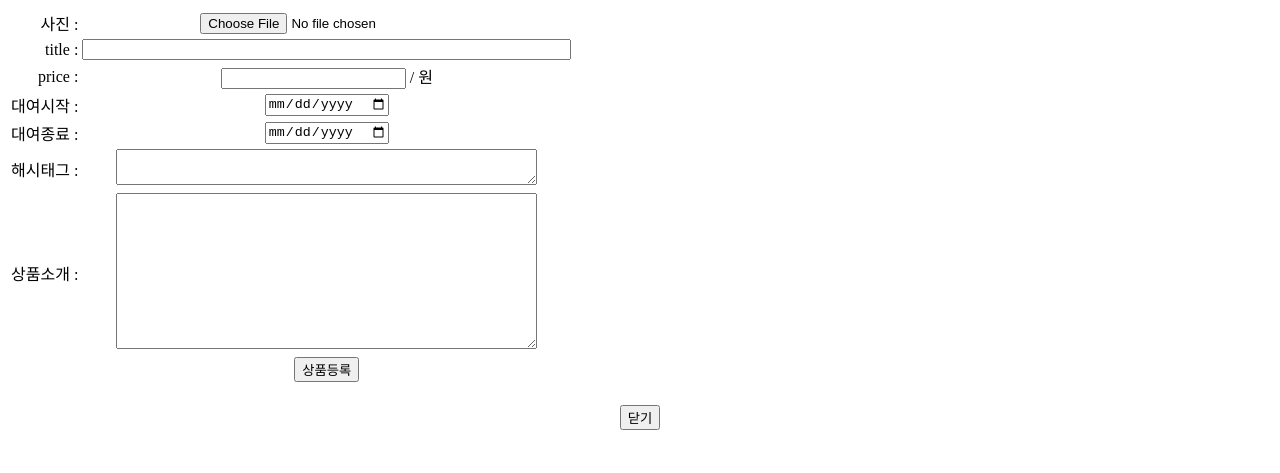
Repository: heebedev/TheJoeun_JSP
Page: http://localhost/TeamProject_05/prdCheck.jsp
These files come from the project's save history. The page is drawn as it stood at one moment and after the next save; the edit follows.
The browser window is 1280 px wide. The pictures show the whole page.
The page is served by Tomcat 9. Other server files are loaded and not shown. The template is opened directly, without the code that normally fills it, so the values that code supplies are empty.

Above is the page before, as saved 2020-06-19 08:18:28.

### TeamProject_05/WebContent/prdCheck.jsp
<%@ page language="java" contentType="text/html; charset=UTF-8"
    pageEncoding="UTF-8"%>
<!DOCTYPE html>
<html>
<head>
<script>
		function clickFunc() {
			window.close();
		}

		/* 미입력 알럿 */
		function check() {
		  if(revProduct.productImage.value == "") {
		    alert("사진을 등록해 주세요.");
		    revProduct.productImage.focus();
		    return false;
		  }
		  else if(revProduct.title.value == "") {
		    alert("상품이름을 입력해 주세요.");
		    revProduct.title.focus();
		    return false;
		  }
		  else if(revProduct.price.value == "") {
			    alert("가격을 입력해 주세요.");
			    revProduct.price.focus();
			    return false;
		  }
		  else if(revProduct.date1.value == "") {
			    alert("대여 시작일을 입력해 주세요.");
			    revProduct.date1.focus();
			    return false;
		  }
		  else if(revProduct.date2.value == "") {
			    alert("대여 종료일을 입력해 주세요.");
			    revProduct.date2focus();
			    return false;
		}
		  else if(revProduct.hash.value == "") {
			    alert("상품을 홍보할 해시태그를 입력해 주세요.");
			    revProduct.hash.focus();
			    return false;
		}
		  else if(revProduct.info.value == "") {
			    alert("상품을 소개를 입력해 주세요.");
			    revProduct.info.focus();
			    return false;
		}

		  else return true;
		}

</script>
<style>
	.commentCheck {
		border-radius: 8px;
		border: solid 2px Black;
	}
</style>
<meta charset="UTF-8">
<title>댓글 수정</title>
</head>
<body>
	<div class="prdCheck" align="center">
	<form action="prdRev.bill" method="post" align="center" enctype="Multipart/form-data" name="revProduct" onsubmit="return check()" >
		<table>
			<tr>
				<td style="text-align: right;">사진 :</td>
				<td><input type="file" name="productImage"></td>
			</tr>
			<tr>
				<td style="text-align: right;">title :</td>
				<td><input type="text" name="title" id="title" size="58" value="${pdDetail.title }"></td>
			</tr>
			<tr>
				<td style="text-align: right;">price : </td>
				<td><input type="text" name="price" id="price" value="${pdDetail.price }"> / 원</td>
			</tr>
			<tr>
				<td style="text-align: right;">대여시작 :</td>
				<td> <input type="date" name="date1" id="date1" value="${pdDetail.date1 }"></td>
			</tr>
			<tr>
				<td style="text-align: right;">대여종료 :</td>
				<td><input type="date" name="date2" id="date2" value="${pdDetail.date2 }"></td>
			</tr>
			<tr>
				<td style="text-align: right;">해시태그 :</td>
				<td> <textarea rows="2" cols="50" name="hash" id="hash" value="${pdDetail.hash }"></textarea></td>
			</tr>

			<tr>
				<td style="text-align: right;">상품소개 :</td>
				<td> <textarea rows="10" cols="50" name="info" id="info" value="${pdDetail.info }"></textarea></td>
			</tr>
			<tr>
				<td></td>
				<td><input type="submit" value="상품등록"></td>
			</tr>
		</table>

	</form>

	</div>
	<div align="center" style="margin-top : 20px;"><button onclick="clickFunc();">닫기</button></div>
</body>
</html>

After the next save:
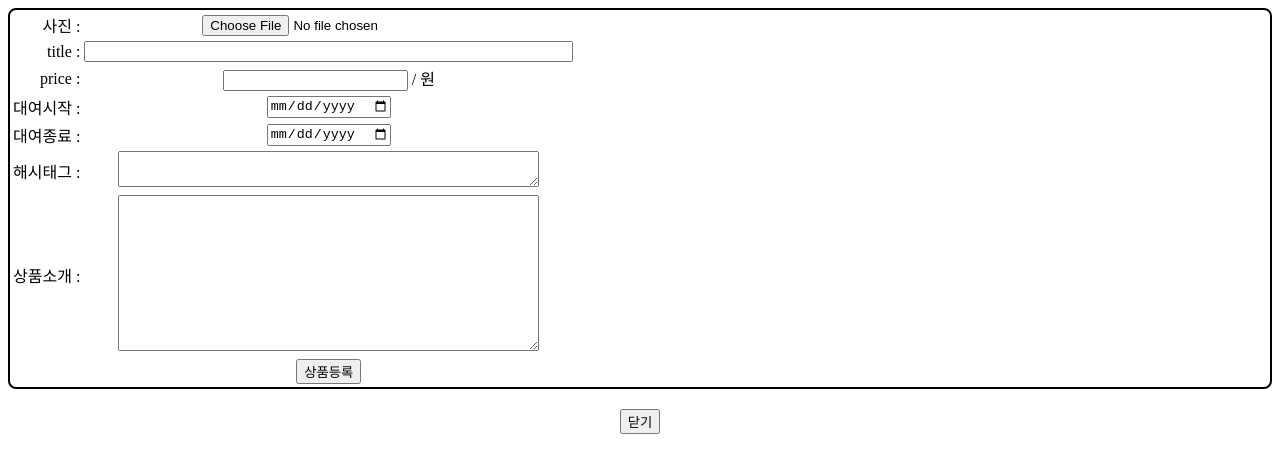
Saved 31 s later.
--- a/TeamProject_05/WebContent/prdCheck.jsp
+++ b/TeamProject_05/WebContent/prdCheck.jsp
@@ -51,7 +51,7 @@
 
 </script>
 <style>
-	.commentCheck {
+	.prdCheck {
 		border-radius: 8px;
 		border: solid 2px Black;
 	}
